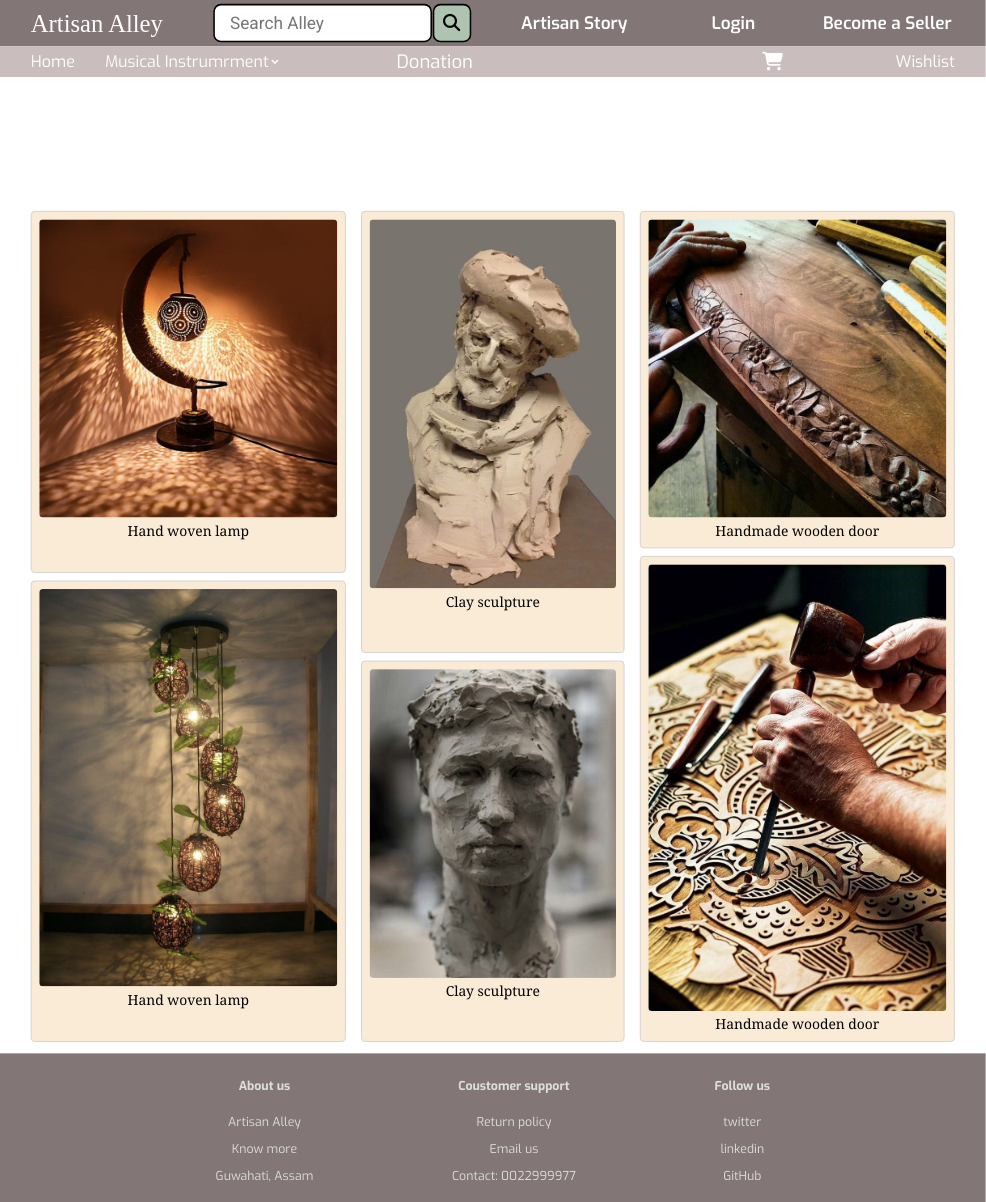
Repository: RingkhangBTY/Bytehacks_Hackathon_Project
Page: index.html
An editor plug-in stored every save of this project. The page is shown before and after a run of saves, followed by the edit.
The browser window is 1280 px wide. The pictures show the whole page, at 77% of full size.
Some web fonts or font styles are not loaded; a fallback is used.

Above is the page before, as saved 2024-11-27 09:57:11.

### index.html
<!DOCTYPE html>
<html lang="en">
  <head>
    <meta charset="UTF-8" />
    <meta name="viewport" content="width=device-width, initial-scale=1.0" />
    <link rel="stylesheet" href="style.css" />
    <link
      rel="stylesheet"
      href="https://cdnjs.cloudflare.com/ajax/libs/font-awesome/6.7.1/css/all.min.css"
      integrity="sha512-5Hs3dF2AEPkpNAR7UiOHba+lRSJNeM2ECkwxUIxC1Q/FLycGTbNapWXB4tP889k5T5Ju8fs4b1P5z/iB4nMfSQ=="
      crossorigin="anonymous"
      referrerpolicy="no-referrer"
    />
    <title>Artisan Alley</title>
  </head>
  <body>
    <header>
      <div class="split-div">
        <div class="half half-top">
          <a href="index.html" class="logo">Artisan Alley</a>

          <div class="searchdiv">
            <input
              type="text"
              placeholder="Search Alley"
              class="searchbar"
              id=""
            />

            <div class="search-icon">
              <button class="alley-search">
                <i class="fa-solid fa-magnifying-glass"></i>
              </button>
            </div>
          </div>

          <div class="artisan-story">
            <a href="artisan-story.html" class="story" id="">Artisan Story</a>
          </div>

          <div class="login-and-seller">
            <a href="login/login.html" class="account-login login" id="">Login</a>
            <a href="" class="seller-login login" id="">Become a Seller</a>
          </div>
        </div>

        <div class="half half-bottom">
          <div class="home-and-categories nav2">
            <a href="index.html" class="home">Home</a>

            <label for="categories"></label>
            <select id="categories" class="categories">
              <option value="" disabled selected>Categories</option>
              <option value="" selected>Painting</option>
              <option value="" selected>Sculpture</option>
              <option value="" selected>Drawing</option>
              <option value="" selected>Handcraft</option>
              <option value="" selected>Musical Instrumrment</option>
            </select>
          </div>

          <div class="donation-container nav2">
            <a class="donation" href="donation.html">Donation</a>
          </div>

          <div class="cart-wishlist nav2">
            <a href="index.html" class="cart" id=""
              ><i class="fa-solid fa-cart-shopping"></i
            ></a>

            <button class="wishlist" id="">Wishlist</button>
          </div>
        </div>
      </div>
    </header>

    <main>
      <div class="products">
        <div class="left-container">
          <div class="grid-layout">
              <div class="grid-item">
                <img src="image/Hand woven lamp1.jpg" alt="">
                <p>Hand woven lamp</p>
              </div>
              <div class="grid-item">
                <img src="image/Hand woven lamp2.jpg" alt="">
                <p>Hand woven lamp</p>
              </div>
          </div>
        </div>
        <div class="middle-container">
          <div class="grid-layout">
              <div class="grid-item">
                <img src="image/Clay sculpture1.jpg" alt="">
                <p>Clay sculpture</p>
              </div>
              <div class="grid-item">
                <img src="image/Clay sculpture2.jpg" alt="">
                <p>Clay sculpture</p>
              </div>
          </div>
        </div>
        <div class="right-container">
          <div class="grid-layout">
              <div class="grid-item">
                <img src="image/Handmade wooden door design1.jpg" alt="image">
                <p>Handmade wooden door</p>
              </div>
              <div class="grid-item">
                <img src="image/Handmade wooden door design2.jpg" alt="image">
                <p>Handmade wooden door</p>
              </div>
          </div>
        </div>
      </div>
    </main>

    <footer>
        <div class="footer-container">
          <div class="imfo-container">
            <h6>About us</h6>
            <p>Artisan Alley</p>
            <p>Know more</p>
            <p>Guwahati, Assam</p>
          </div>

          <div class="imfo-container">
            <h6>Coustomer support</h6>
            <p>Return policy</p>
            <a href="mailto:ringkhangb913@gmail.com">Email us</a>
            <p>Contact: 0022999977</p>
          </div>

          <div class="imfo-container">
            <h6>Follow us</h6>
            <a href="https://x.com/Ringkha68574745" target="_blank">twitter</a>
            <a href="https://www.linkedin.com/in/ringkhang-basumatary-2840b725b/" target="_blank">linkedin</a>
            <a href="https://github.com/RingkhangBTY/Bytehacks_Hackathon_Project" target="_blank">GitHub</a>
          </div>
        </div>
    </footer>

  </body>
</html>

### style.css
@import url("https://fonts.googleapis.com/css2?family=Roboto:ital,wght@0,100;0,300;0,400;0,500;0,700;0,900;1,100;1,300;1,400;1,500;1,700;1,900&display=swap");
@import url("https://fonts.googleapis.com/css2?family=Edu+AU+VIC+WA+NT+Pre:wght@400..700&display=swap");
@import url("https://fonts.googleapis.com/css2?family=Exo:ital,wght@0,100..900;1,100..900&display=swap");

* {
  margin: 0;
  padding: 0;
  box-sizing: border-box;
  font-family: Exo;
}

body {
  header {
    .split-div {
      width: 100%;
      height: 30%;

      .half {
        width: 100%;
      }

      .half-top {
        background-color: #827676;
        height: 70%;
        display: flex;
        justify-content: space-between;
        align-items: center;

        .logo {
          text-decoration: none;
          color: white;
          font-size: 2rem;
          font-family: Edu AU VIC WA NT Pre, cursive;
          font-weight: 500;
          margin-left: 40px;
        }

        .searchdiv {
          display: flex;

          .searchbar {
            height: 50px;
            width: 100%;
            border: black 2px solid;
            outline: none;
            border-radius: 10px;
            padding-left: 20px;
            font-size: 1.4rem;
            font-family: Roboto;
          }

          .alley-search {
            display: flex;
            justify-content: center;
            align-items: center;
            width: 50px;
            height: 50px;
            background-color: #aec3b0;
            border: 2px black solid;
            margin-left: 1px;
            border-radius: 10px;
            cursor: pointer;

            i {
              color: black;
              font-size: 1.4rem;
            }
          }
        }

        .artisan-story .story{
          color: white;
          font-size: 1.4rem;
          text-decoration: none;
          font-family: Exo;
          font-weight: 600;
        }

        .login-and-seller {
          height: 60px;
          width: 400px;
          display: flex;
          justify-content: space-around;
          align-items: center;
        }

        .login-and-seller .login {
          color: white;
          font-size: 1.4rem;
          text-decoration: none;
          font-family: Exo;
          font-weight: 600;
        }
      }

      .half-bottom {
        background-color: #cabdbd;
        height: 30%;
        display: flex;
        justify-content: space-between;
        align-items: center;

        .nav2 {
          height: 40px;
          width: 250px;
          display: flex;
          justify-content: space-between;
          align-items: center;
          margin-left: 40px;
          margin-right: 40px;

          .home {
            text-decoration: none;
            color: white;
            margin-right: 10%;
            font-size: 1.3rem;
          }

          .categories {
            height: 100%;
            padding-left: 10px;
            text-align: center;
            border: none;
            background: transparent;
            border-radius: 5px;
            outline: none;
            font-size: 1.3rem;
            color: #fdfdfd;
            cursor: pointer;
          }
          .categories option[selected]{
            margin-left: 20px;
            background-color: #e6f7ff;
            color: #2a2828;
          }

          .donation{
            display: block;
            text-decoration: none;
            font-size: 1.5rem;
            color: white;
          }

          .cart {
            text-decoration: none;
            font-size: 1.5rem;
            color: white;
          }

          .wishlist {
            height: 100%;
            border-radius: 5px;
            background: transparent;
            border: none;
            outline: none;
            font-size: 1.3rem;
            color: white;
          }
        }
      }
    }
  }
}

.products{
  display: flex;
  gap: 10px;
  margin: 10px;
}

.left-container,.middle-container,.right-container{
  display: flex;
  border-radius: 5px;
  padding: 5px;
  padding-top: 13%;
}
.left-container{
  padding-left: 30px;
}
.right-container{
  padding-right: 30px;
}
.grid-layout{
  display: grid;
  grid-template-rows: auto ;
  gap: 10px;
}
.grid-item{
  background-color: antiquewhite;
  border: 1px solid #ccc;
  width: 100%;
  border-radius: 5px;
  text-align: center;
  padding: 10px;
  padding-bottom: 10px;
}
.grid-item img{
  width: 100%;
  height: auto;
  border-radius: 5px;
}
.grid-item p{
  font-size: large;
  font-family: Cambria, Cochin, Georgia, Times, 'Times New Roman', serif;
}

footer{
  background-color: #827676;
    color: #fff;
    padding: 20px 40px;
    text-align: center;
}

.footer-container{
  display: flex;
  justify-content: space-between;
  flex-wrap: wrap;
    gap: 40px;
    max-width: 1200px;
    margin: 0 auto;
    padding-left: 20%;
    padding-right: 20%;
}

.imfo-container{
  display: flex;
    flex-direction: column;
    align-items: center;
    gap: 10px;
}

.imfo-container h6{
  display: flex;
  flex-direction: column;
  font-size: 1rem;
  line-height: 1.6rem;
  display: flex;
  flex-direction: column;
  align-items: center;
  color: #ddd;
  margin: 10px auto;
}
.imfo-container  p, .imfo-container a{
  font-size: 1rem;
  line-height: 1.6rem;
  color: #ddd;
  text-decoration: none;
  display: block;
}

After the next 2 saves:
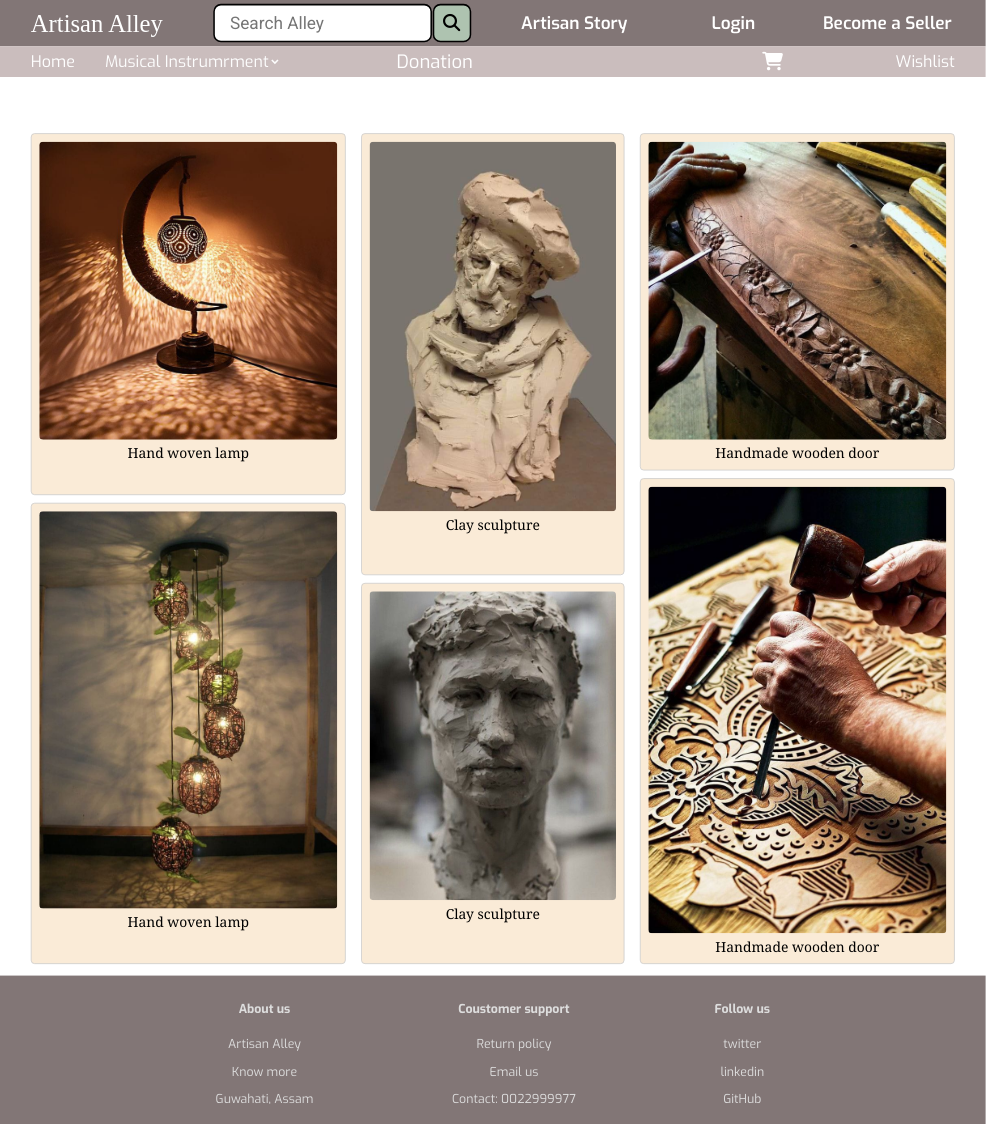
The 2 saves are shown as one change because they came seconds apart.
The last was saved 16 s later.
--- a/style.css
+++ b/style.css
@@ -172,7 +172,7 @@ body {
   display: flex;
   border-radius: 5px;
   padding: 5px;
-  padding-top: 13%;
+  padding-top: 5%;
 }
 .left-container{
   padding-left: 30px;
